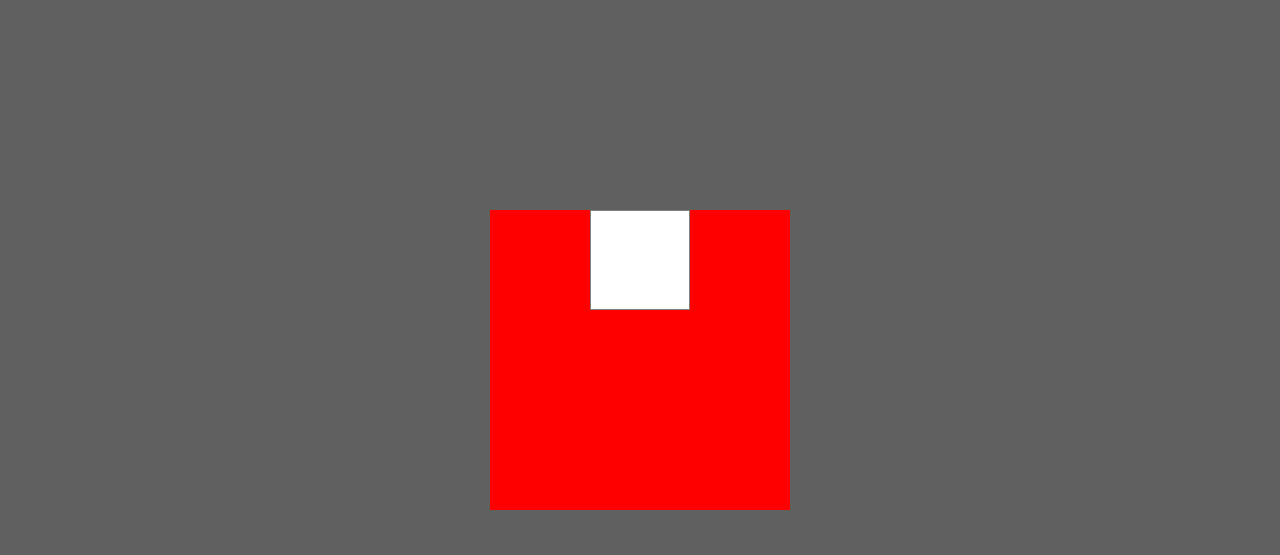
Repository: Minkeani/TIC-TAC_TOE
Page: /
An editor plug-in stored every save of this project. The page is shown before and after the next save, followed by the edit.
The browser window is 1280 px wide. The pictures show the whole page.
Some web fonts or font styles are not loaded; a fallback is used. The project was rebuilt for these pictures with package versions that can differ from the ones it lists, and the page was loaded fresh each time.

Above is the page before, as saved 2022-05-22 12:49:12.

### public/index.html
<!DOCTYPE html>
<html lang="en">
  <head>
    <meta charset="utf-8" />
    <link rel="icon" href="%PUBLIC_URL%/favicon.ico" />
    <meta name="viewport" content="width=device-width, initial-scale=1" />
    <title>React App</title>
    <link rel="preconnect" href="https://fonts.googleapis.com">
<link rel="preconnect" href="https://fonts.gstatic.com" crossorigin>
<link href="https://fonts.googleapis.com/css2?family=Koulen&display=swap" rel="stylesheet">
  </head>
  <body>
    <div id="root"></div>
  </body>
</html>

### src/index.css
* {
  font-family: 'Koulen', cursive;
  margin: 0;
  padding: 0;
  box-sizing: border-box
}

### src/App.js
import './App.css';
import Game from './components/Game';

function App() {
  return (
    <div className="App">
     <Game/>
    </div>
  );
}

export default App;

### src/components/Game.jsx
import React from 'react'
import './Game.css'
import Board from './Board'

export default function Game() {
  return (
    <div className='wrapper'>
      <Board/>
    </div>
  )
}

### src/components/Game.css
.wrapper {
    min-height: 100vh;
    width: 100%;
    background: #606060;
    display: flex;
    align-items: center;
    justify-content: center;
    flex-direction: column
}

### src/components/Board.jsx
import React from 'react'
import './Board.css'
import Square from './Square'

export default function Board() {
  return (
    <div className='board'>
      <Square/>
    </div>
  )
}

### src/components/Board.css
.board {
    width: 300px;
    height: 300px;
    background-color: red
}

### src/components/Square.jsx
import React from 'react'
import './Square.css'

export default function Square() {
  return (
    <button className='square'>

    </button>
  )
}

### src/components/Square.css
.square {
    width: 100px;
    height: 100px;
    background: white;
    border: 1px solid gray;
}

Loaded but not shown: src/index.js (common file); src/App.css (common file)

After the next save:
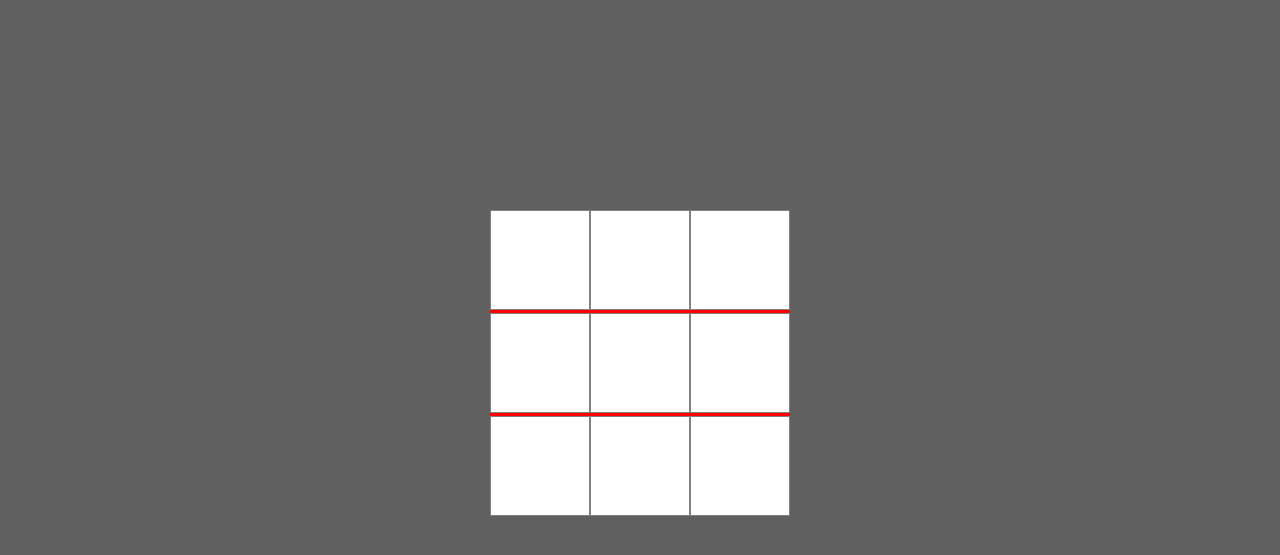
Saved 30 s later.
--- a/src/components/Board.jsx
+++ b/src/components/Board.jsx
@@ -6,6 +6,14 @@
   return (
     <div className='board'>
       <Square/>
+      <Square/>
+      <Square/>
+      <Square/>
+      <Square/>
+      <Square/>
+      <Square/>
+      <Square/>
+      <Square/>
     </div>
   )
 }
